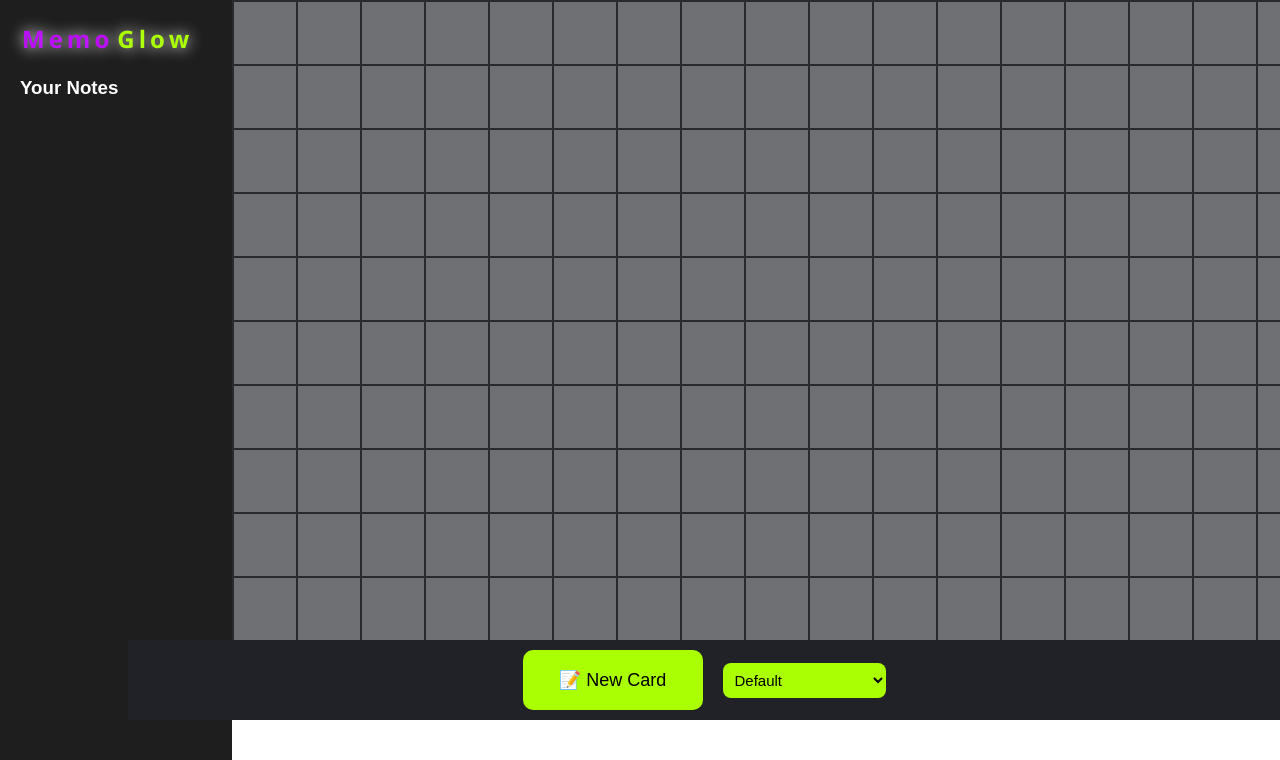
Repository: ErvinClay13/Memo-Glow
Page: index.html
The author's editor kept a copy of each file at every save. The page is drawn from the files as they stood at one save, then again after a run of saves.
The browser window is 1280 px wide. The pictures show the whole page.
The pointer rests on the first visible `#fontSelector`.

Above is the page before, as saved 2025-03-28 19:30:12.

### index.html
<!DOCTYPE html>
<html lang="en">
<head>
  <meta charset="UTF-8" />
  <meta name="viewport" content="width=device-width, initial-scale=1.0"/>
  <title>Memo Glow</title>
  <link rel="stylesheet" href="style.css" />
</head>
<body>

  <!-- Sidebar -->
  <div id="sidebar">
    <div id="appTitle">
      <span>M</span><span>e</span><span>m</span><span>o</span>
      <span> </span>
      <span>G</span><span>l</span><span>o</span><span>w</span>
    </div>

    <h3>Your Notes</h3>
    <ol id="noteList"></ol>
  </div>

  <!-- Main Area -->
  <div id="container"></div>

  <!-- Footer -->
  <div class="footer">
    <button id="addCardBtn">📝 New Card</button>
    <select id="fontSelector">
      <option value="'Segoe UI', sans-serif">Default</option>
      <option value="'Courier New', monospace">Courier</option>
      <option value="'Times New Roman', serif">Times New Roman</option>
      <option value="Arial, sans-serif">Arial</option>
      <option value="'Comic Sans MS', cursive">Comic Sans</option>
      <option value="'Roboto', sans-serif">Roboto</option>
    </select>
  </div>

  <script src="script.js"></script>
</body>
</html>

### style.css
body {
    margin: 0;
    padding: 0;
    font-family: sans-serif;
    height: 100vh;
    display: flex;
    overflow: hidden;
  }

  #sidebar {
    width: 15%;
    min-width: 150px;
    background-color: #1e1e1e;
    color: white;
    padding: 20px;
    height: 100vh;
    overflow-y: auto;
  }

  #appTitle {
    font-size: 24px;
    font-weight: bold;
    margin-bottom: 20px;
    display: flex;
    flex-wrap: wrap;
  }

  #appTitle span {
    padding: 2px;
    animation: glow 2s infinite alternate;
    font-family: 'Segoe UI', Tahoma, Geneva, Verdana, sans-serif;
  }

  @keyframes glow {
    0%   { text-shadow: 0 0 5px #fff; }
    100% { text-shadow: 0 0 15px #fff; }
  }

  #appTitle span:nth-child(1) { color: #bb0dfa; }
  #appTitle span:nth-child(2) { color: #bb0dfa; }
  #appTitle span:nth-child(3) { color: #bb0dfa; }
  #appTitle span:nth-child(4) { color: #bb0dfa; }
  #appTitle span:nth-child(5) { color: transparent; }
  #appTitle span:nth-child(6) { color: #aaff00; }
  #appTitle span:nth-child(7) { color: #aaff00; }
  #appTitle span:nth-child(8) { color: #aaff00; }
  #appTitle span:nth-child(9) { color: #aaff00; }

  #noteList {
    list-style: decimal inside;
    padding-left: 0;
  }

  .note-item {
    display: flex;
    justify-content: space-between;
    align-items: center;
    margin: 6px 0;
    background-color: #333;
    padding: 6px;
    border-radius: 5px;
    font-size: 14px;
  }

  .note-input {
    flex: 1;
    padding: 4px;
    font-size: 14px;
    border: none;
    border-radius: 4px;
    margin-right: 6px;
  }

  .note-save {
    background: none;
    border: none;
    font-size: 16px;
    cursor: pointer;
    margin-right: 4px;
  }

  .note-delete {
    background: none;
    border: none;
    font-size: 16px;
    cursor: pointer;
    transition: transform 0.2s;
  }

  .note-delete:hover {
    transform: scale(1.2);
  }

  #container {
    flex: 1;
    background-color: #212228a5;
    background-image: linear-gradient(#292a30 0.1em, transparent 0.1em),
                      linear-gradient(90deg, #292a30 0.1em, transparent 0.1em);
    background-size: 4em 4em;
    position: relative;
    overflow: hidden;
  }

  .card {
    width: 300px;
    height: 300px;
    border-radius: 5px;
    position: absolute;
    display: flex;
    flex-direction: column;
    justify-content: center;
    align-items: center;
    padding: 20px;
    font-size: 16px;
    text-align: center;
    cursor: pointer;
    transition: transform 0.2s, box-shadow 0.2s;
    overflow: hidden;
    word-wrap: break-word;
    overflow-wrap: break-word;
    text-overflow: ellipsis;
  }

  .card p {
    margin: 0;
    word-break: break-word;
    max-height: 100%;
    overflow-y: auto;
    padding: 10px;
  }

  .card p::-webkit-scrollbar {
    width: 6px;
  }
  .card p::-webkit-scrollbar-thumb {
    background-color: rgba(255,255,255,0.4);
    border-radius: 4px;
  }

  .close-btn {
    position: absolute;
    top: 10px;
    right: 10px;
    background-color: black;
    color: white;
    border: none;
    border-radius: 50%;
    width: 25px;
    height: 25px;
    font-size: 14px;
    cursor: pointer;
    opacity: 0.7;
  }

  .footer {
    position: fixed;
    bottom: 0;
    left: 10%;
    width: 90%;
    height: 80px;
    background-color: #212228;
    display: flex;
    justify-content: center;
    align-items: center;
    z-index: 100;
    gap: 20px;
  }

  #addCardBtn {
    height: 60px;
    width: 180px;
    background-color: #aaff00;
    color: black;
    font-size: 18px;
    border: none;
    border-radius: 10px;
    cursor: pointer;
  }

  #addCardBtn:hover {
    color: #bb0dfa;
    font-size: 20px;
  }

  #fontSelector {
    padding: 8px;
    font-size: 14px;
    border-radius: 8px;
    border: none;
    background-color: #333;
    color: white;
    font-family: inherit;
  }

  /* Pulse animation */
  @keyframes pulse {
    0% { transform: scale(1); }
    50% { transform: scale(1.05); }
    100% { transform: scale(1); }
  }

  .pulse {
    animation: pulse 0.6s ease-in-out infinite;
    z-index: 999;
  }

  #fontSelector {
    background-color: #aaff00;
    color: black;
  }

  #fontSelector:hover {
    /* color: #bb0dfa; */
    font-size: 15px;
  }

### script.js
document.addEventListener("DOMContentLoaded", () => {
    let cardCount = 0;
    let currentFont = "'Segoe UI', sans-serif";
    const container = document.getElementById('container');
    const addCardBtn = document.getElementById('addCardBtn');
    const noteList = document.getElementById('noteList');
    const fontSelector = document.getElementById('fontSelector');

    const colors = [
      '#ccff00', '#bb0dfa', '#0095ff', '#ff00ea',
      '#ffa500', '#00ffaa', '#ff5555', '#aaff00'
    ];

    fontSelector.addEventListener("change", () => {
      currentFont = fontSelector.value;
    });

    addCardBtn.addEventListener("click", () => {
      const userText = prompt("Enter your card text:");
      if (!userText) return;

      const cardColor = colors[cardCount % colors.length];

      const card = document.createElement("div");
      card.classList.add("card");
      card.style.backgroundColor = cardColor;
      card.style.boxShadow = `10px 10px 40px ${cardColor}`;
      card.style.top = `${100 + cardCount * 20}px`;
      card.style.left = `${180 + cardCount * 30}px`;
      card.style.fontFamily = currentFont;

      const para = document.createElement("p");
      para.innerText = userText;
      para.style.fontFamily = currentFont;
      card.appendChild(para);

      const closeBtn = document.createElement("button");
      closeBtn.innerText = "✕";
      closeBtn.classList.add("close-btn");

      const listItem = document.createElement("li");
      listItem.classList.add("note-item");

      const input = document.createElement("input");
      input.type = "text";
      input.value = userText;
      input.classList.add("note-input");
      input.style.fontFamily = currentFont;

      const saveBtn = document.createElement("button");
      saveBtn.innerText = "💾";
      saveBtn.classList.add("note-save");
      saveBtn.style.color = cardColor;

      const deleteNoteBtn = document.createElement("button");
      deleteNoteBtn.classList.add("note-delete");
      deleteNoteBtn.innerText = "✕";
      deleteNoteBtn.style.color = cardColor;

      const deleteBoth = () => {
        container.removeChild(card);
        noteList.removeChild(listItem);
      };

      const saveText = () => {
        para.innerText = input.value;
      };

      closeBtn.addEventListener("click", deleteBoth);
      deleteNoteBtn.addEventListener("click", deleteBoth);
      saveBtn.addEventListener("click", saveText);

      listItem.addEventListener("mouseenter", () => {
        card.classList.add("pulse");
      });

      listItem.addEventListener("mouseleave", () => {
        card.classList.remove("pulse");
      });

      card.addEventListener("click", () => {
        document.querySelectorAll(".note-input").forEach(input => {
          input.style.backgroundColor = "";
        });
        input.style.backgroundColor = "#ccc";
      });

      card.sidebarInput = input;
      input.relatedCard = card;

      listItem.appendChild(input);
      listItem.appendChild(saveBtn);
      listItem.appendChild(deleteNoteBtn);
      noteList.appendChild(listItem);

      card.appendChild(closeBtn);
      container.appendChild(card);
      cardCount++;

      makeDraggable(card);
    });

    function makeDraggable(card) {
      let offsetX = 0, offsetY = 0, isDragging = false;

      card.addEventListener("mousedown", (e) => {
        isDragging = true;
        offsetX = e.clientX - card.offsetLeft;
        offsetY = e.clientY - card.offsetTop;

        const onMouseMove = (e) => {
          if (!isDragging) return;
          card.style.left = `${e.clientX - offsetX}px`;
          card.style.top = `${e.clientY - offsetY}px`;
        };

        const onMouseUp = () => {
          isDragging = false;
          document.removeEventListener("mousemove", onMouseMove);
          document.removeEventListener("mouseup", onMouseUp);
        };

        document.addEventListener("mousemove", onMouseMove);
        document.addEventListener("mouseup", onMouseUp);
      });
    }
  });

After the next 2 saves:
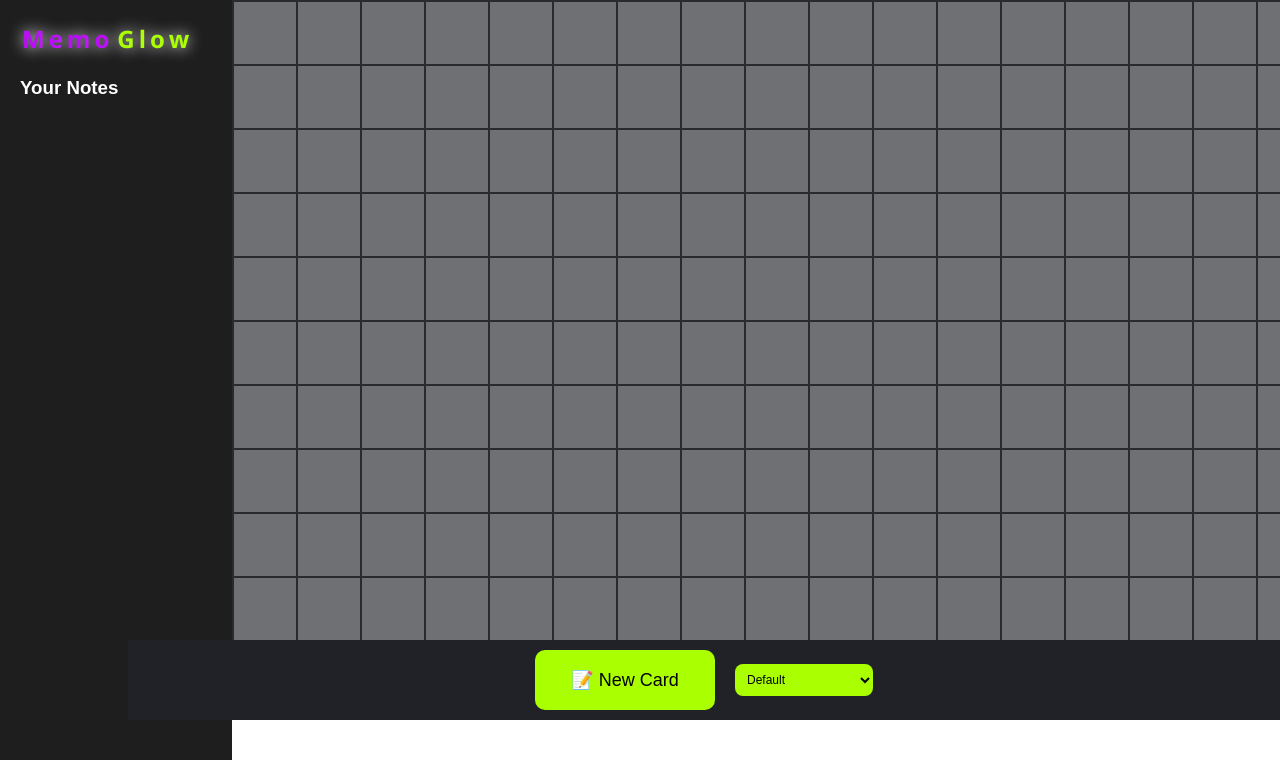
The 2 saves are shown as one change because they came seconds apart.
The last was saved 26 s later.
--- a/style.css
+++ b/style.css
@@ -211,5 +211,5 @@
 
   #fontSelector:hover {
     /* color: #bb0dfa; */
-    font-size: 15px;
-  }
+    font-size: 12px;
+  }
